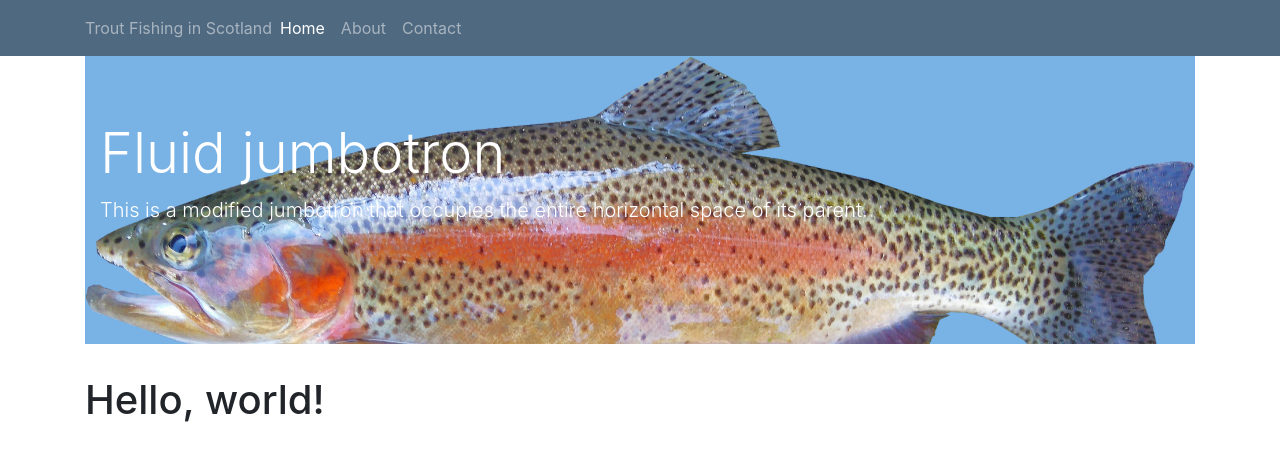
Repository: adrian9211/College_project
Page: index.html
The author's editor kept a copy of each file at every save. The page is drawn from the files as they stood at one save, then again after a run of saves.
The browser window is 1280 px wide. The pictures show the whole page.

Above is the page before, as saved 2020-10-28 13:56:32.

### index.html
<!doctype html>
<html lang="en">
  <head>
    <!-- Required meta tags -->
    <meta charset="utf-8">
    <meta name="viewport" content="width=device-width, initial-scale=1, shrink-to-fit=no">

    <!-- Bootstrap CSS -->
    <link rel="stylesheet" href="https://cdn.jsdelivr.net/npm/bootstrap@4.5.3/dist/css/bootstrap.min.css" integrity="sha384-TX8t27EcRE3e/ihU7zmQxVncDAy5uIKz4rEkgIXeMed4M0jlfIDPvg6uqKI2xXr2" crossorigin="anonymous">
    <link rel="stylesheet" href="css/style.css">

    <title>Trout fishing in Scotland</title>
  </head>
  <body>
      <!-- Navigation  bar start -->
    <nav class="navbar navbar-expand-md navbar-dark sticky-top" role="navigation" id="navbar2" style="background-color: #4F6980;">
        <div class="container">
          <a href="index.html"><span class="navbar-text">Trout Fishing in Scotland</span></a>
          <button class="navbar-toggler" data-toggle="collapse" data-target="#collapse_target">
            <span class="navbar-toggler-icon"></span>
          </button>
          <div class="collapse navbar-collapse" id="collapse_target">
          <ul class="navbar-nav " >
            <li class="nav-item active">
              <a class="nav-link " href="index.html">Home </a>
            </li>
            <li class="nav-item ">
              <a class="nav-link " href="about.html">About</a>
            </li>
            <li class="nav-item ">
              <a class="nav-link " href="contact.html">Contact</a>
            </li>
          </ul>
        </div>
        </div>
      </nav>
      <!-- Navigation  bar end -->
      <div class="container">
        <div class="jumbotron jumbotron-fluid">
            <div class="container alt">
              <h1 class="display-4">Fluid jumbotron</h1>
              <p class="lead">This is a modified jumbotron that occupies the entire horizontal space of its parent.</p>
            </div>
        </div>
          <main>

          </main>
        <h1>Hello, world!</h1>

        </div>
    <!-- Scripts for bootstrap -->
    <script src="https://code.jquery.com/jquery-3.5.1.slim.min.js" integrity="sha384-DfXdz2htPH0lsSSs5nCTpuj/zy4C+OGpamoFVy38MVBnE+IbbVYUew+OrCXaRkfj" crossorigin="anonymous"></script>
    <script src="https://cdn.jsdelivr.net/npm/bootstrap@4.5.3/dist/js/bootstrap.bundle.min.js" integrity="sha384-ho+j7jyWK8fNQe+A12Hb8AhRq26LrZ/JpcUGGOn+Y7RsweNrtN/tE3MoK7ZeZDyx" crossorigin="anonymous"></script>
  </body>
</html>

### css/style.css
.jumbotron {
    background-image: url("../img/trout.png");
    background-color: #79b3e6;
    background-size: cover;
    height: 40vh;
}

.alt h1, p {
    color: #fff;
}

After the next 4 saves:
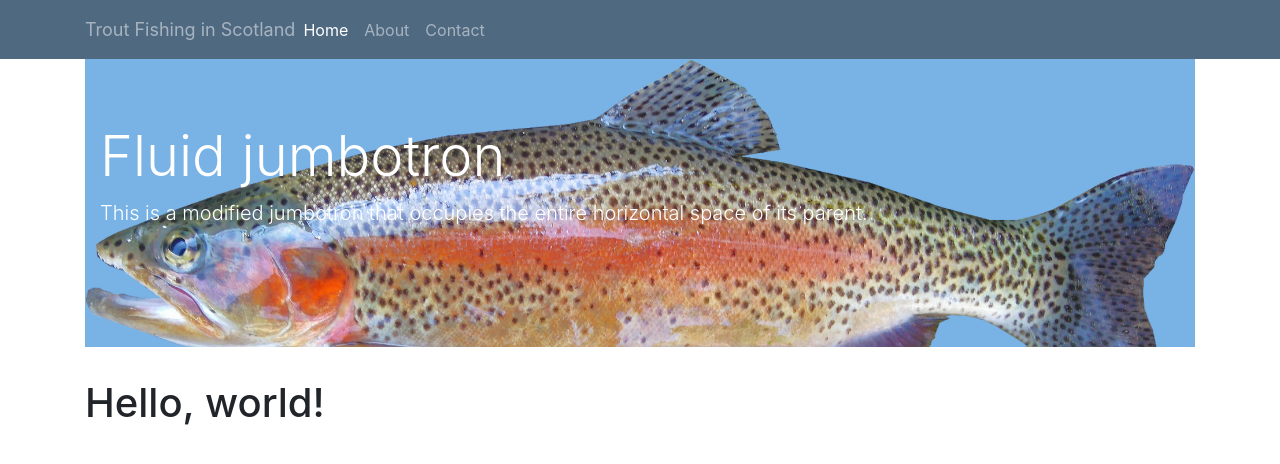
The 4 saves are shown as one change because they came seconds apart.
The last was saved 111 s later.
--- a/css/style.css
+++ b/css/style.css
@@ -8,3 +8,7 @@
 .alt h1, p {
     color: #fff;
 }
+
+.navbar-text {
+    font-size: large;
+}
